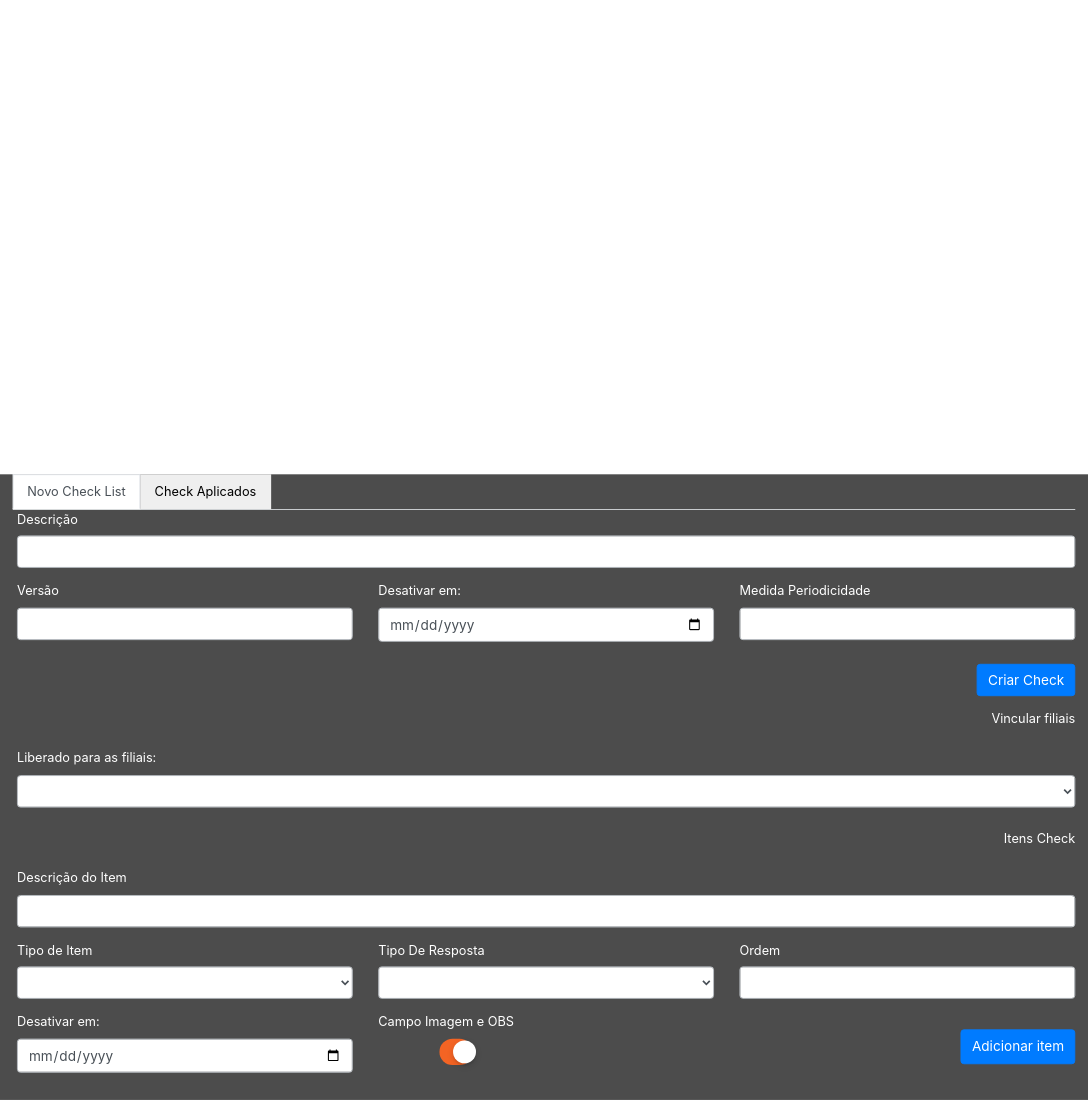
Repository: Conlog-SA/portal_operacional
Page: apps/safety_layout_checklist_app/templates/safety_layout_checklist_app/form_cad_layout_checklist.html
An editor plug-in stored every save of this project. The page is shown before and after the next save, followed by the edit.
The browser window is 1280 px wide. The pictures show the whole page, at 85% of full size.
The template is drawn by Django 3.2. The application's start-up code is not run. The template is opened directly, without the code that normally fills it, so the values that code supplies are empty.

Above is the page before, as saved 2023-11-16 16:05:45.

After the next save:
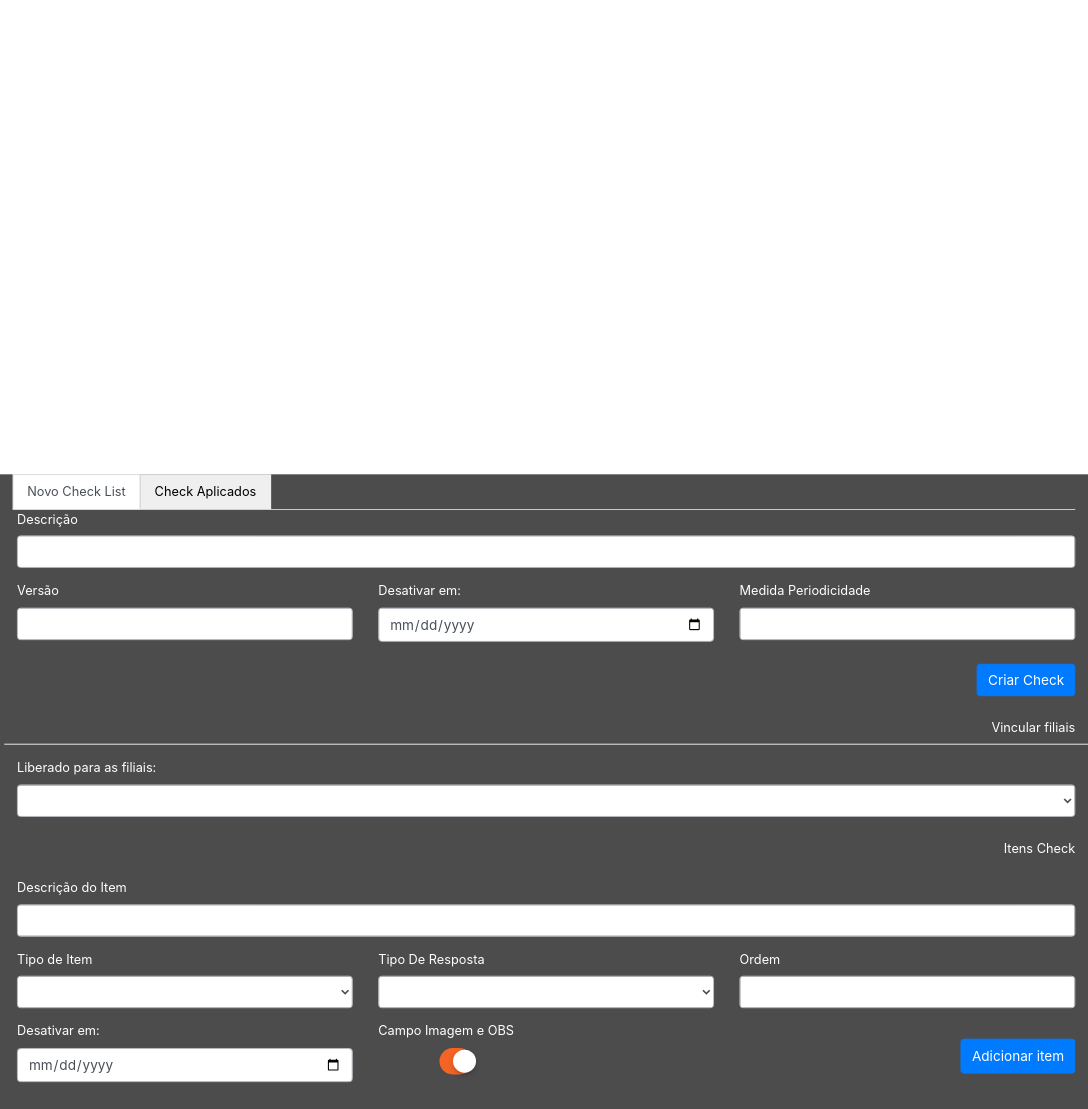
Saved 2 s later.
--- a/apps/safety_layout_checklist_app/templates/safety_layout_checklist_app/form_cad_layout_checklist.html
+++ b/apps/safety_layout_checklist_app/templates/safety_layout_checklist_app/form_cad_layout_checklist.html
@@ -61,7 +61,7 @@
                              <div class="form-group col-sm-12 w-15 d-flex justify-content-end" style="margin-top:10px">
                                 <button type="button" class="btn btn-primary btn-form" id="btn_new_check" name="btn_new_check"> Criar Check</button>
                              </div>
-                             <div class="form-group col-sm-12 d-flex justify-content-end arrow-divider">
+                             <div class="form-group col-sm-12 d-flex justify-content-end divider">
                                 <label>Vincular filiais</label>
                              </div>
                              <div class="form-group col-sm-12 d-flex align-items-start" style="margin-bottom:0px;">
